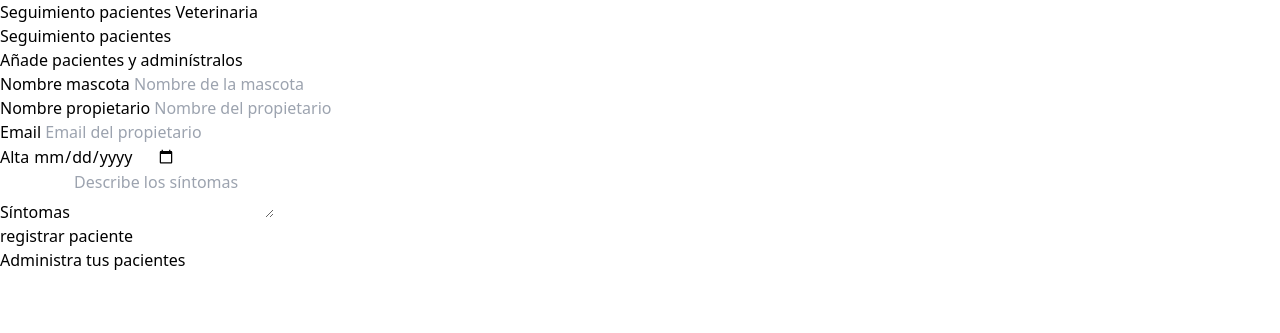
Repository: jpatino1806/Veterinaria
Page: /
These files come from the project's save history. The page is drawn as it stood at one moment and after the next save; the edit follows.
The browser window is 1280 px wide. The pictures show the whole page.
The project was rebuilt for these pictures with package versions that can differ from the ones it lists, and the page was loaded fresh each time. Also part of the build but not shown: vite.config.js, src/components/Alerta.vue.

Above is the page before, as saved 2025-01-02 11:52:14.

After the next save:
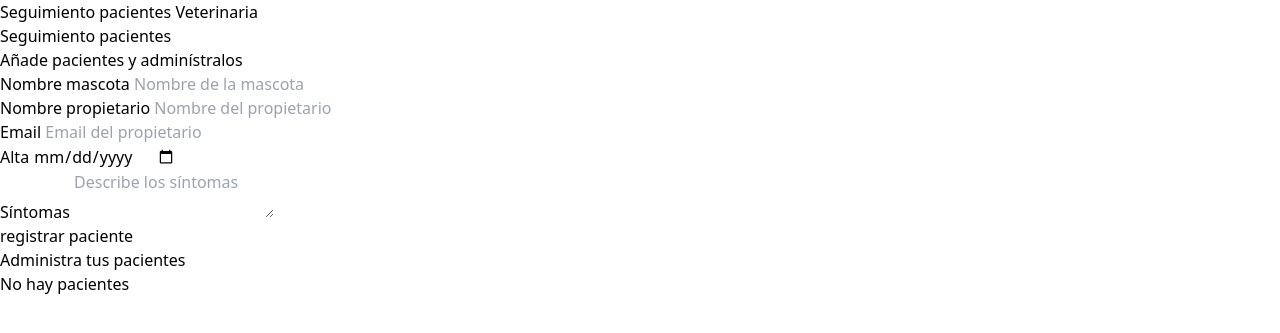
Saved 6 min 34 s later.
--- a/src/App.vue
+++ b/src/App.vue
@@ -1,6 +1,10 @@
 <script setup>
+import {ref} from 'vue'
 import Header from './components/Header.vue'
 import Formulario from './components/Formulario.vue'
+
+const pacientes = ref([])
+
 </script>
 
 <template>
@@ -10,6 +14,11 @@ import Formulario from './components/Formulario.vue'
       <Formulario />
       <div class="md:w-1/2 md:h-screen overflow-y-scroll">
         <h3 class="font-black text-3xl text-center ">Administra tus pacientes</h3>
+        <div v-if="pacientes.length > 0 ">
+
+
+        </div>
+        <p v-else class="mt-10 text-2xl ">No hay pacientes</p>
 
       </div>
 
